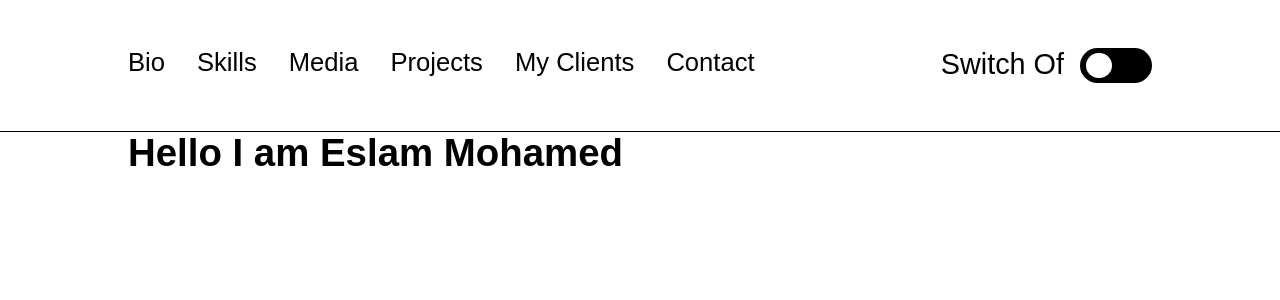
Repository: Eslam0Mohamed/portfolio
Page: index.html
These files come from the project's save history. The page is drawn as it stood at one moment and after a run of saves; the edit follows.
The browser window is 1280 px wide. The pictures show the whole page.

Above is the page before, as saved 2024-07-13 23:20:35.

After the next 4 saves:
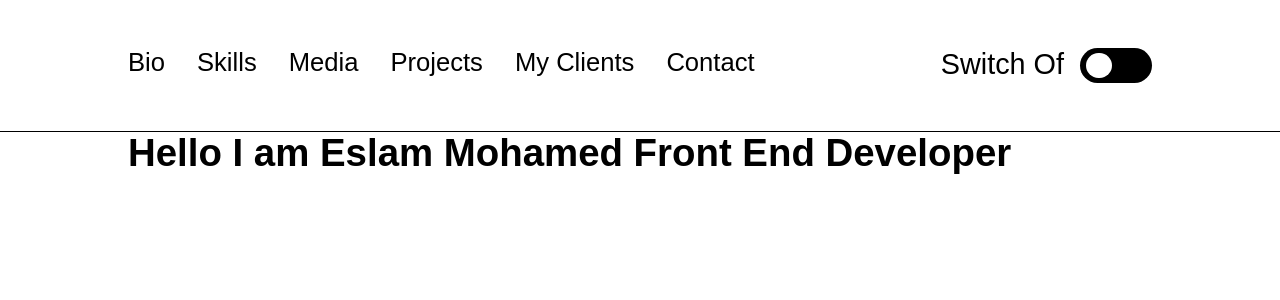
The 4 saves are shown as one change because they came seconds apart.
The last was saved 13 s later.
--- a/index.html
+++ b/index.html
@@ -34,7 +34,7 @@
             </div>
         </header>
         <section id="bio" class="bio">
-            <h1 class="bio__heading">Hello I am Eslam Mohamed </h1>
+            <h1 class="bio__heading">Hello I am Eslam Mohamed Front End Developer</h1>
         </section>
     </div>
 </body>
